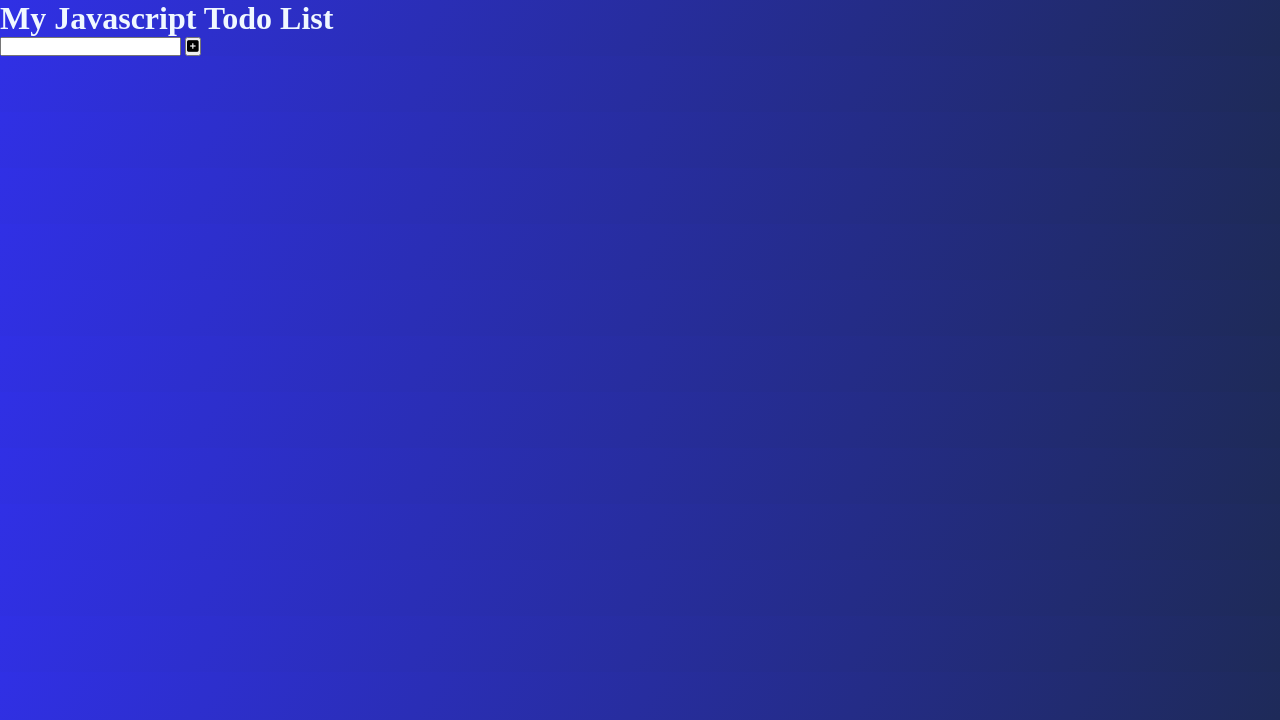
Repository: LuisMiLR/JavaScript-Todo-List
Page: index.html
The author's editor kept a copy of each file at every save. The page is drawn from the files as they stood at one save, then again after a run of saves.
The browser window is 1280 px wide. The pictures show the whole page.

Above is the page before, as saved 2023-05-01 13:28:42.

After the next 2 saves:
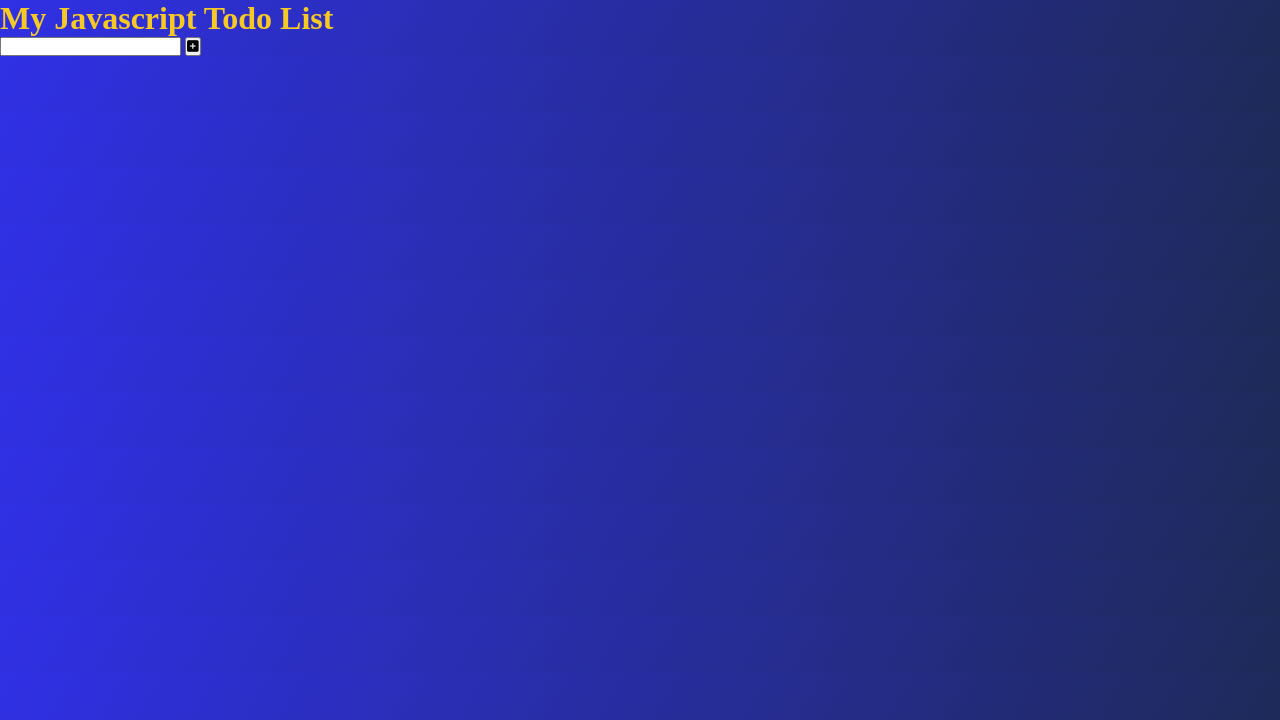
The 2 saves are shown as one change because they came seconds apart.
The last was saved 19 s later.
--- a/style.css
+++ b/style.css
@@ -6,6 +6,6 @@
 
 body {
     background-image: linear-gradient(120deg, #3030e5,#1e2a58);
-    color: aliceblue;
+    color: rgb(247, 201, 37);
 
 }
